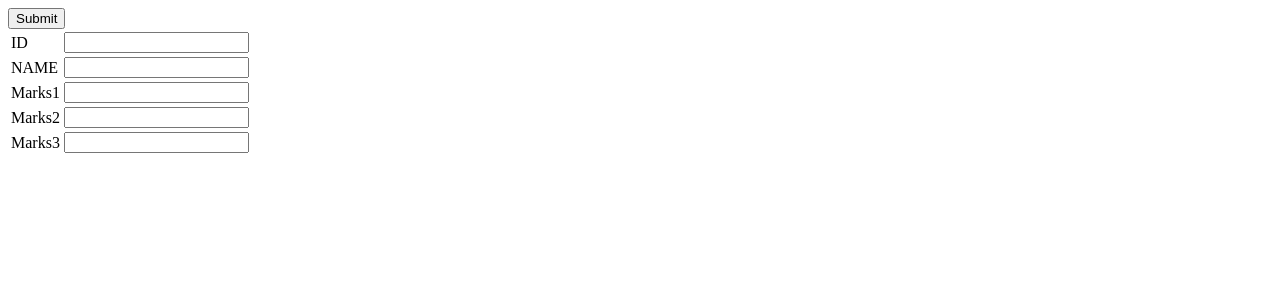
Repository: Aishwarya6362/J2EE
Page: add-result/src/main/webapp/index.html
An editor plug-in stored every save of this project. The page is shown before and after the next save, followed by the edit.
The browser window is 1280 px wide. The pictures show the whole page.

Above is the page before, as saved 2024-10-10 09:48:13.

After the next save:
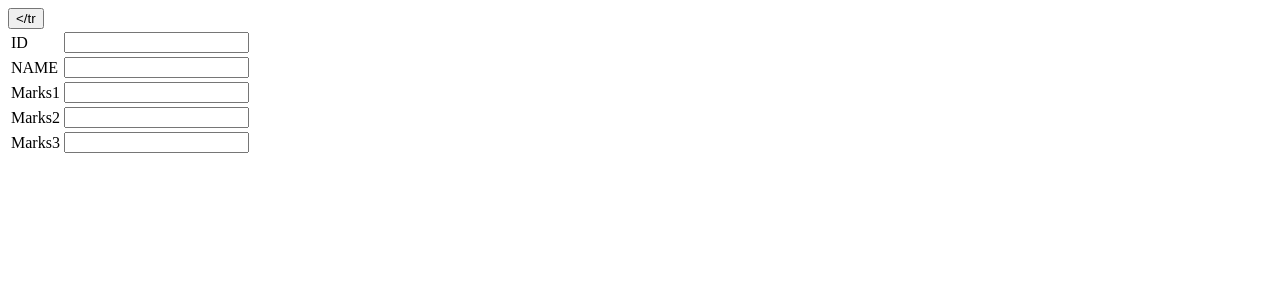
Saved 4 s later.
--- a/add-result/src/main/webapp/index.html
+++ b/add-result/src/main/webapp/index.html
@@ -28,7 +28,7 @@
 				<td><input type="text" name="marks3" /></td>
 			</tr>
 			<tr>
-				<input type="submit" name
+				<input type="submit" value=
 			</tr>
 		</table>
 	</form>
